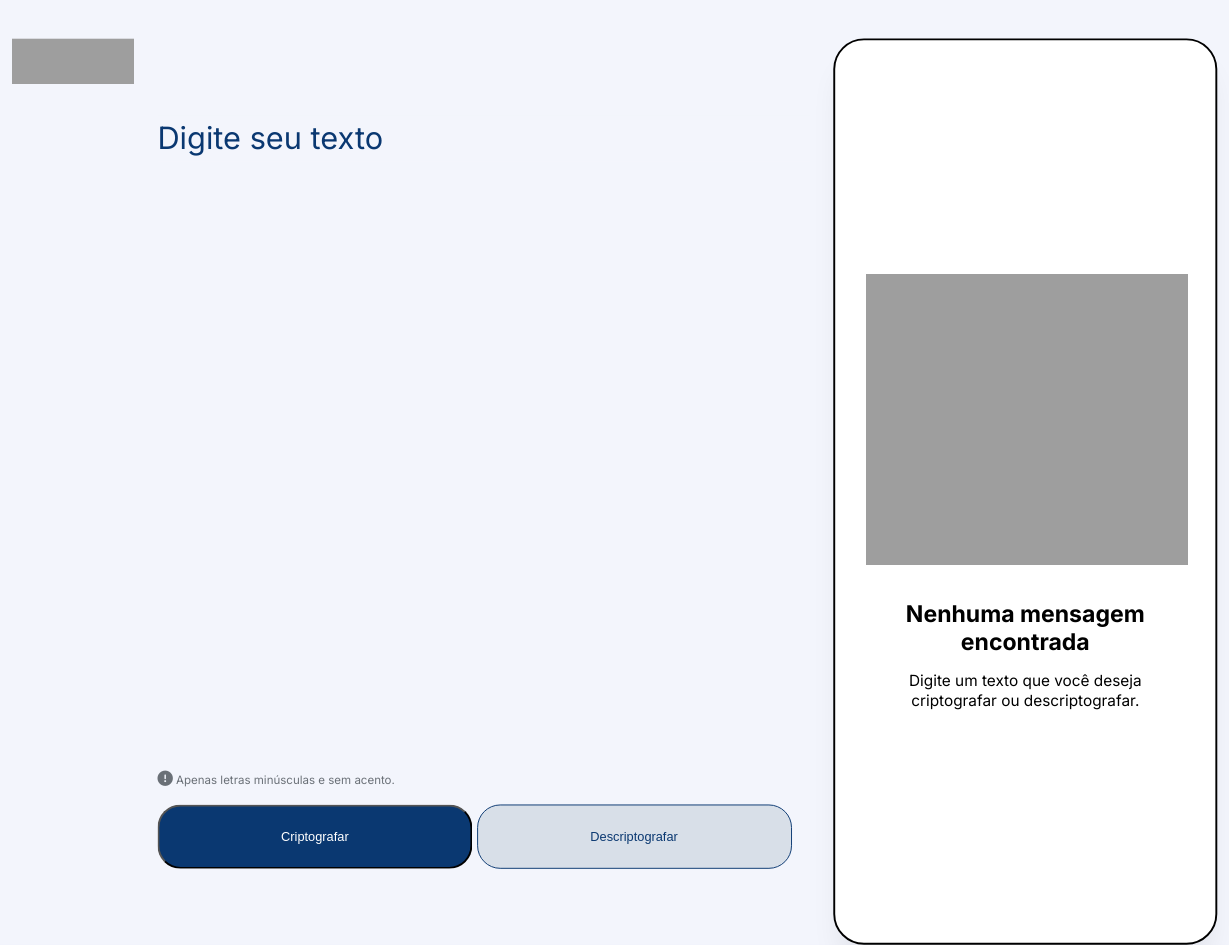
Repository: CarlosEduardoVdeOliveira/descodificador-de-texto
Page: index.html
An editor plug-in stored every save of this project. The page is shown before and after the next save, followed by the edit.
The browser window is 1280 px wide. The pictures show the whole page, at 96% of full size.
Pictures or frames that could not be fetched are drawn as grey boxes.

Above is the page before, as saved 2023-04-12 08:26:02.

After the next save:
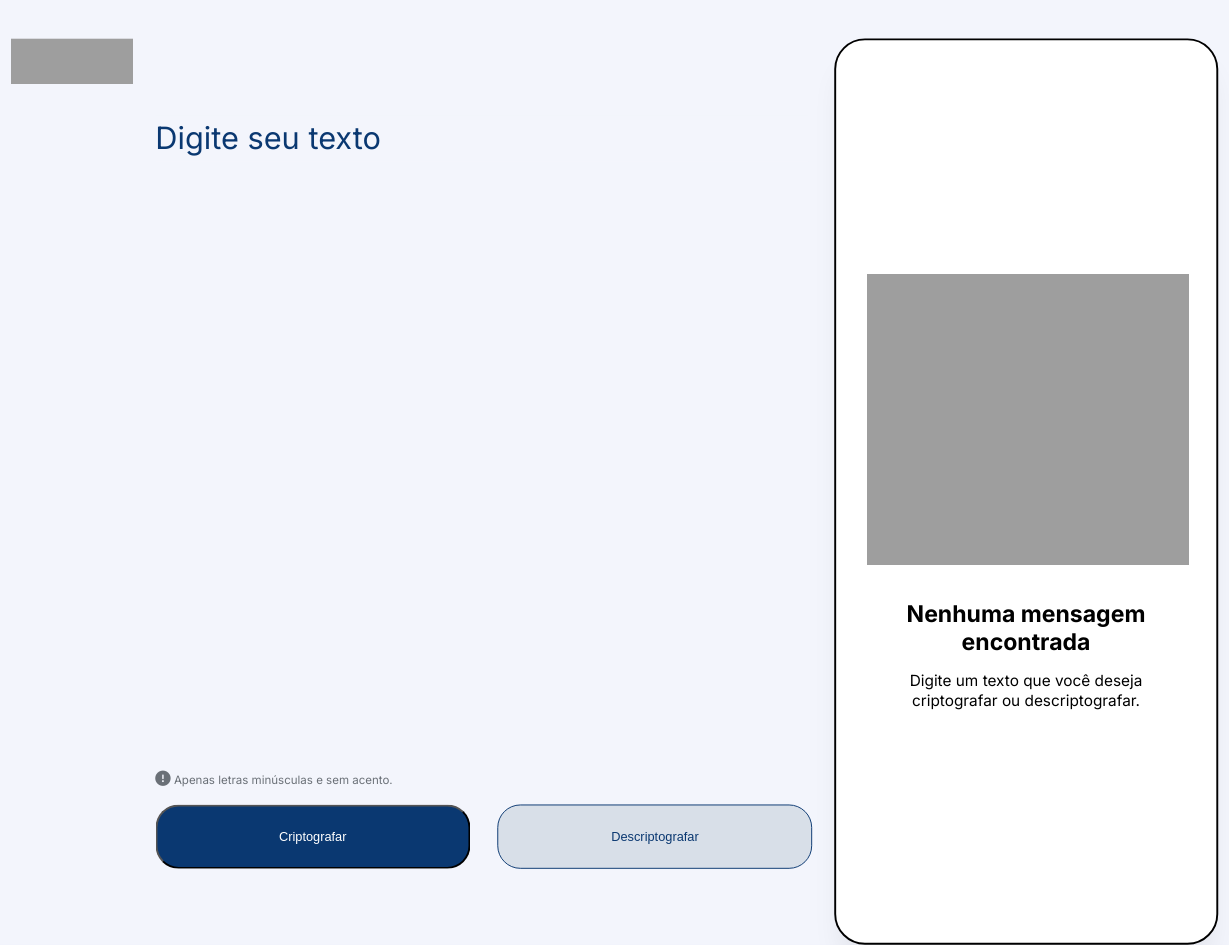
Saved 41 s later.
--- a/public/styles/index.css
+++ b/public/styles/index.css
@@ -80,6 +80,7 @@ button{
 .button-cryptography{
    background-color: var(--dark-blue-300);
    color: #FFFFFF;
+   margin-right: 24px;
 }
 .button-cryptography:hover{
    background-color: var(--dark-blue-400);
